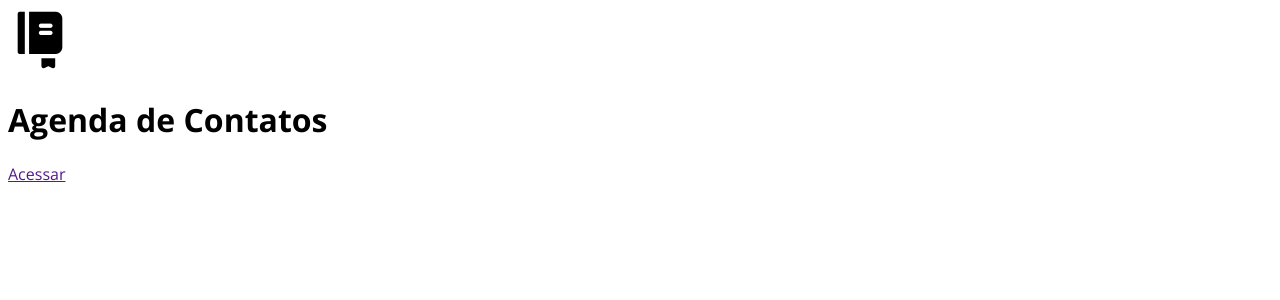
Repository: evanalves/Agenda-JDBC
Page: http://localhost/agenda/
An editor plug-in stored every save of this project. The page is shown before and after the next save, followed by the edit.
The browser window is 1280 px wide. The pictures show the whole page.
The page is served by Tomcat 10.

Above is the page before, as saved 2023-08-18 01:45:39.

After the next save:
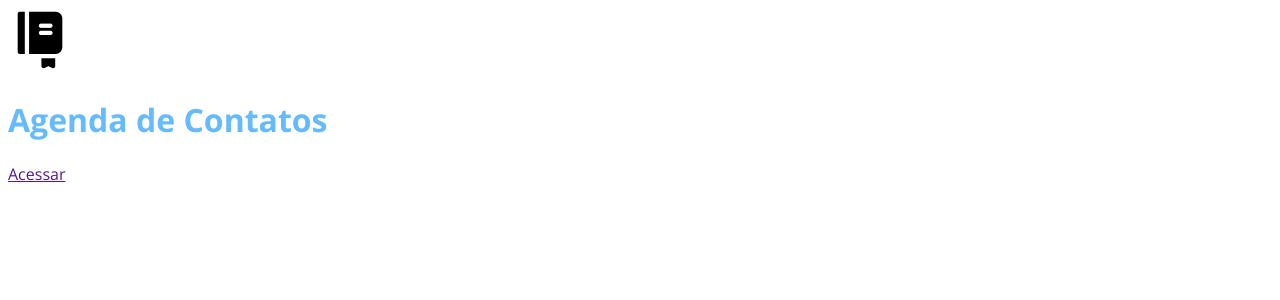
Saved 60 s later.
--- a/agenda/src/main/webapp/style.css
+++ b/agenda/src/main/webapp/style.css
@@ -7,3 +7,7 @@ body{
 	font-weight: 400;
 
 }
+
+h1{
+	color: #66bbff;
+}
